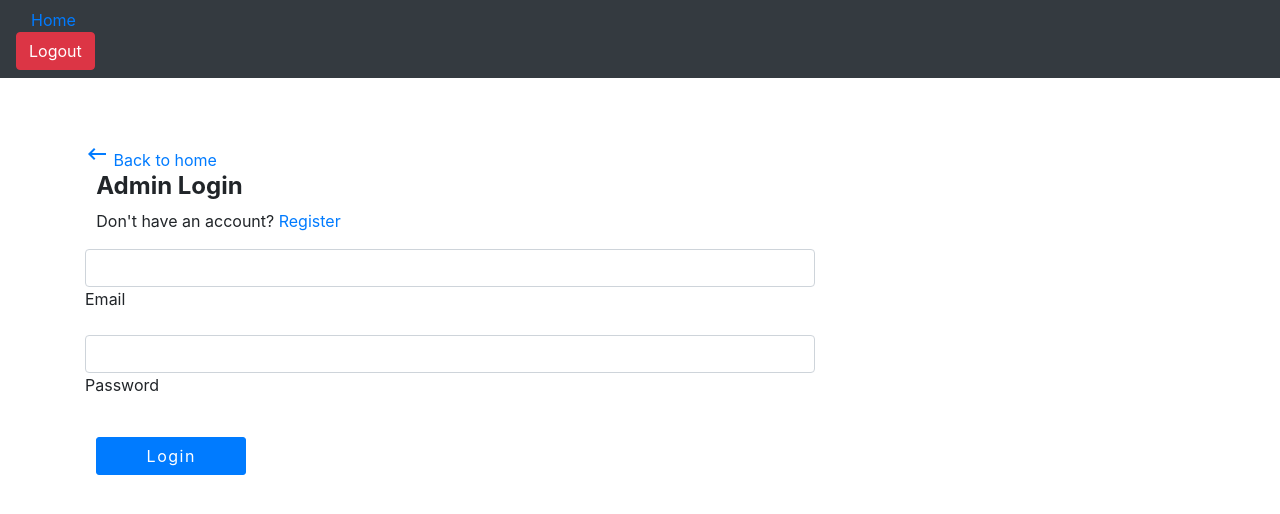
Repository: oba14/start-chat
Page: / (app in client/)
An editor plug-in stored every save of this project. The page is shown before and after the next save, followed by the edit.
The browser window is 1280 px wide. The pictures show the whole page.
The page's requests for data from a server got no answer. The project was rebuilt for these pictures with package versions that can differ from the ones it lists, and the page was loaded fresh each time. No one was signed in, and anything a server would have sent is missing. Also part of the build but not shown: client/src/components/pages/LandingPage.js, client/src/components/component/Chat.css, client/src/components/component/ChatWindow.js, client/src/components/component/ChatBox.js, client/src/components/component/Users.js, client/src/components/pages/Chat.js, client/src/components/pages/NotFound.js, client/src/components/auth/Register.js and 1 more.

Above is the page before, as saved 2020-01-22 22:39:19.

After the next save:
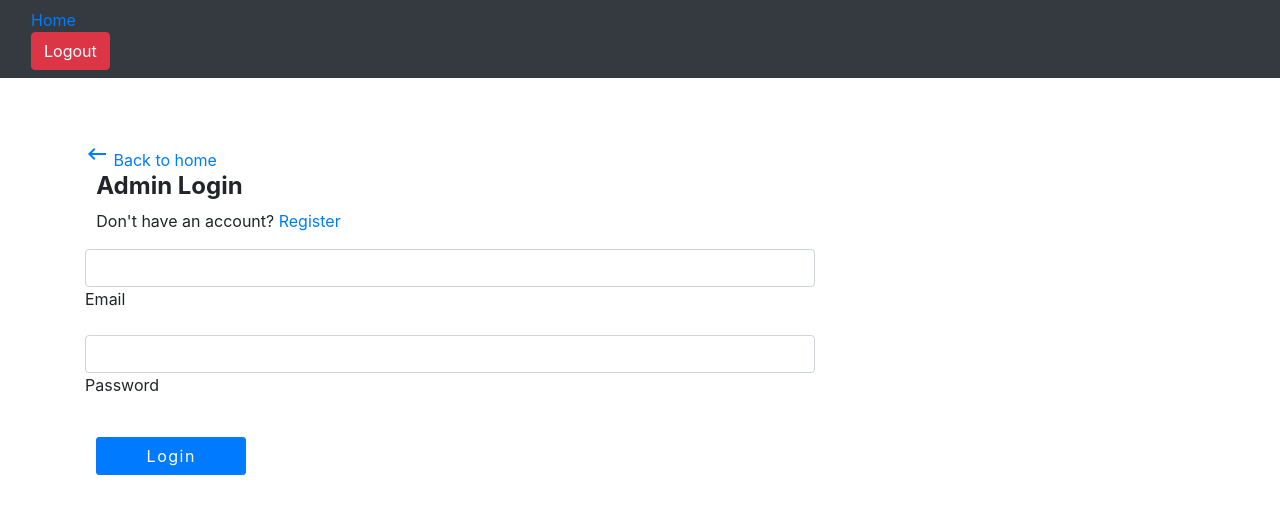
Saved 3 min 45 s later.
--- a/client/src/components/component/Navbar.js
+++ b/client/src/components/component/Navbar.js
@@ -40,7 +40,7 @@ const Navbar = () => {
               Home
             </NavLink>
 
-            <div className='right'>
+            <div className='col s5 center black-text'>
               <button type="button" className='btn btn-danger' onClick={() => dispatch(logoutUser())}>
                 Logout
               </button>
